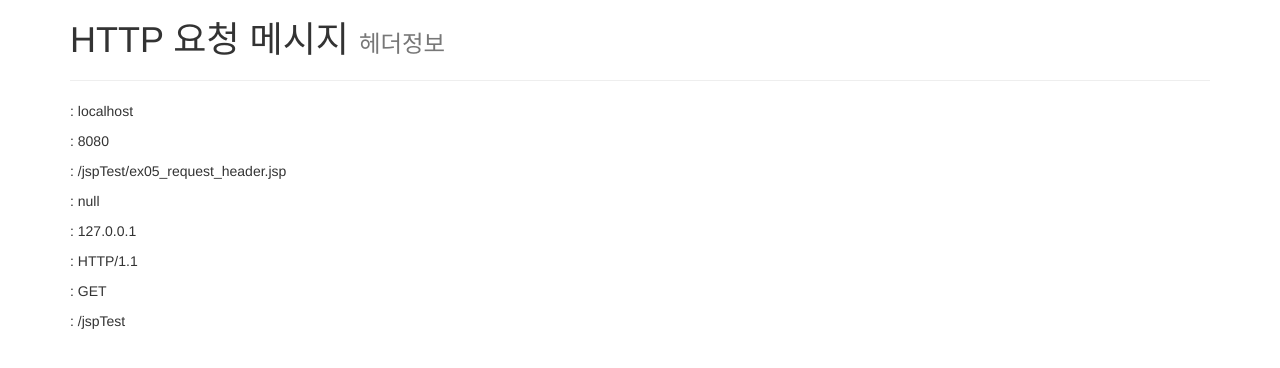
Repository: Hwang-97/HhwDesktop
Page: http://localhost/jspTest/ex05_request_header.jsp
These files come from the project's save history. The page is drawn as it stood at one moment and after the next save; the edit follows.
The browser window is 1280 px wide. The pictures show the whole page.
The page is served by Tomcat 9.

Above is the page before, as saved 2022-01-06 06:43:11.

### server/jspTest/src/main/webapp/ex05_request_header.jsp
<%@ page language="java" contentType="text/html; charset=UTF-8"
    pageEncoding="UTF-8"%>
<!DOCTYPE html PUBLIC "-//W3C//DTD HTML 4.01 Transitional//EN" "http://www.w3.org/TR/html4/loose.dtd">
<html>
<head>
<meta http-equiv="Content-Type" content="text/html; charset=UTF-8">
<title>Insert title here</title>
<%@include file="/inc/asset.jsp" %>
<style>

</style>
</head>
<body>

	<div class="container">
		<h1>HTTP 요청 메시지 <small>헤더정보</small></h1>

	<!--
		-->

		<hr>

		<p> : <%=request.getServerName() %></p>
		<p> : <%=request.getServerPort() %></p>
		<p> : <%=request.getRequestURI() %></p>
		<p> : <%=request.getQueryString() %></p>
		<p> : <%=request.getRemoteHost() %></p>
		<p> : <%=request.getProtocol() %></p>
		<p> : <%=request.getMethod() %></p>
		<p> : <%=request.getContextPath() %></p>
	</div>

<script>

</script>
</body>
</html>

### server/jspTest/src/main/webapp/inc/asset.jsp
<%@ page language="java" contentType="text/html; charset=UTF-8"
    pageEncoding="UTF-8"%>

<link rel="stylesheet" href="/jsp/asset/css/bootstrap.css">

<script src="/jsp/asset/js/jquery-1.12.4.js"></script>
<script src="/jsp/asset/js/bootstrap.js"></script>

Loaded but not shown: server/jspTest/src/main/webapp/asset/css/bootstrap.css (library); server/jspTest/src/main/webapp/asset/js/jquery-1.12.4.js (library); server/jspTest/src/main/webapp/asset/js/bootstrap.js (library)

After the next save:
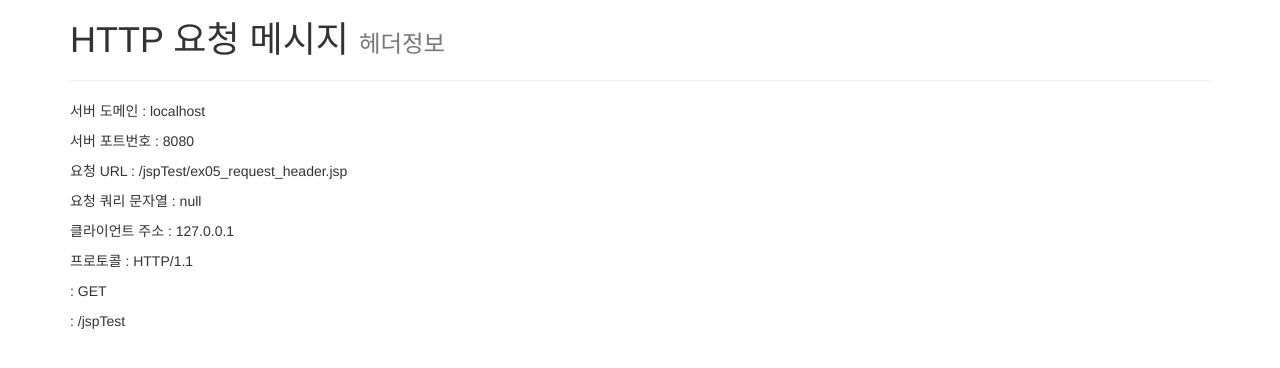
Saved 85 s later.
--- a/server/jspTest/src/main/webapp/ex05_request_header.jsp
+++ b/server/jspTest/src/main/webapp/ex05_request_header.jsp
@@ -20,12 +20,12 @@
 
 		<hr>
 
-		<p> : <%=request.getServerName() %></p>
-		<p> : <%=request.getServerPort() %></p>
-		<p> : <%=request.getRequestURI() %></p>
-		<p> : <%=request.getQueryString() %></p>
-		<p> : <%=request.getRemoteHost() %></p>
-		<p> : <%=request.getProtocol() %></p>
+		<p>서버 도메인 : <%=request.getServerName() %></p>
+		<p>서버 포트번호 : <%=request.getServerPort() %></p>
+		<p>요청 URL : <%=request.getRequestURI() %></p>
+		<p>요청 쿼리 문자열 : <%=request.getQueryString() %></p>
+		<p>클라이언트 주소 : <%=request.getRemoteHost() %></p>
+		<p>프로토콜 : <%=request.getProtocol() %></p>
 		<p> : <%=request.getMethod() %></p>
 		<p> : <%=request.getContextPath() %></p>
 	</div>
